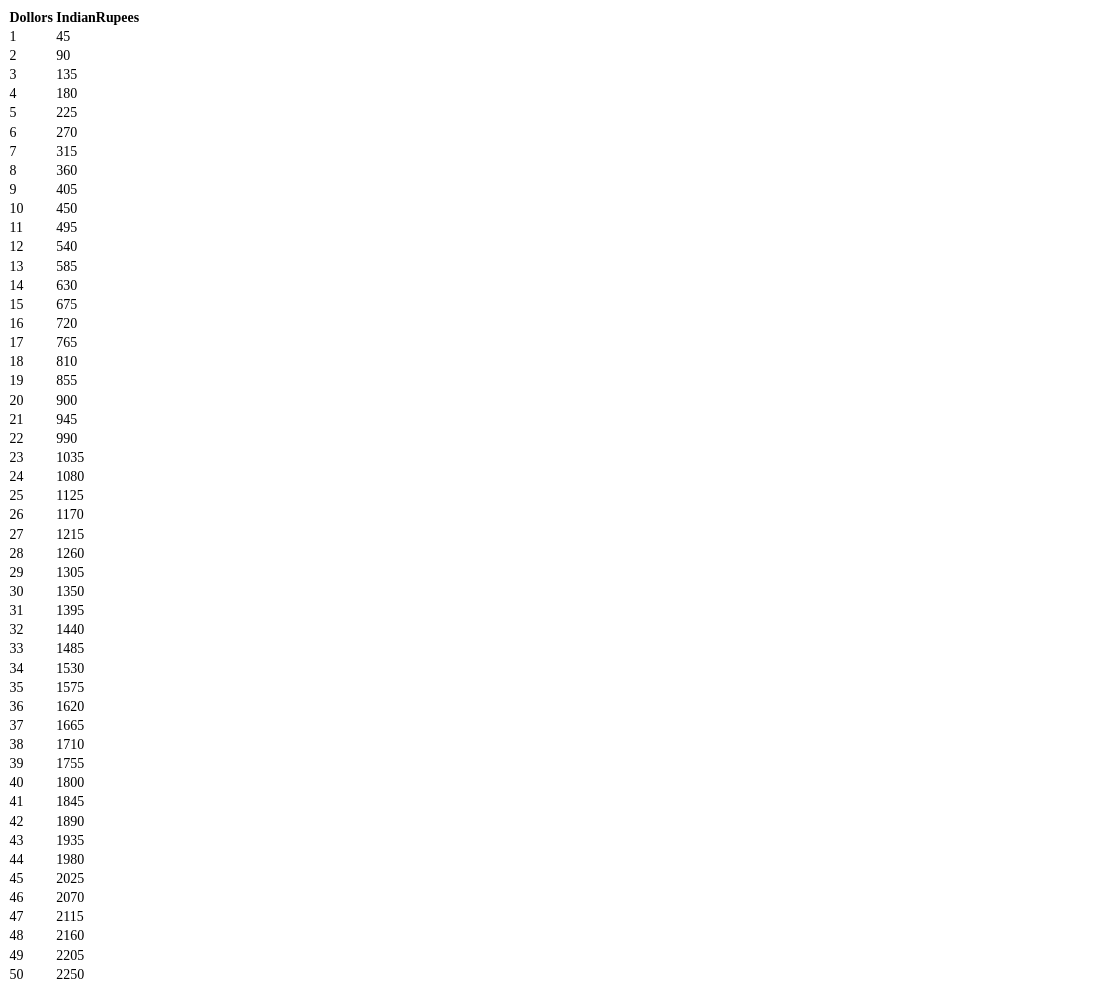
Repository: MalykaK/servlets
Page: http://localhost/HelloWorld/Currency
The author's editor kept a copy of each file at every save. The page is drawn from the files as they stood at one save, then again after the next save.
The browser window is 1280 px wide. The pictures show the whole page, at 87% of full size.
The page is served by Tomcat 9. Other server files are loaded and not shown.

Above is the page before, as saved 2018-09-06 04:56:30.

### HelloWorld/src/com/capgemini/controller/CurrencyConverterServlet.java
package com.capgemini.controller;

import java.io.IOException;
import java.io.PrintWriter;

import javax.servlet.ServletException;
import javax.servlet.annotation.WebServlet;
import javax.servlet.http.HttpServlet;
import javax.servlet.http.HttpServletRequest;
import javax.servlet.http.HttpServletResponse;
@WebServlet("/Currency")
public class CurrencyConverterServlet extends HttpServlet {
	private static final long serialVersionUID = 1L;

	public CurrencyConverterServlet() {
        super();
        // TODO Auto-generated constructor stub
    }

		protected void doGet(HttpServletRequest request, HttpServletResponse response) throws ServletException, IOException {
		response.setContentType("text/html");
		PrintWriter out=response.getWriter();
		out.println("<table>");
		out.println("<tr>");
		out.println("<th>Dollors</th>");
		out.println("<th>IndianRupees</th>");
		out.println("</tr>");
		for(int i=1;i<=50;i++)
		{
			out.println("<tr><td>" +i+ "</td><td>"+i*45+ "</td></tr>");

		}
		out.println("</table>");
		out.close();

	}

}

After the next save:
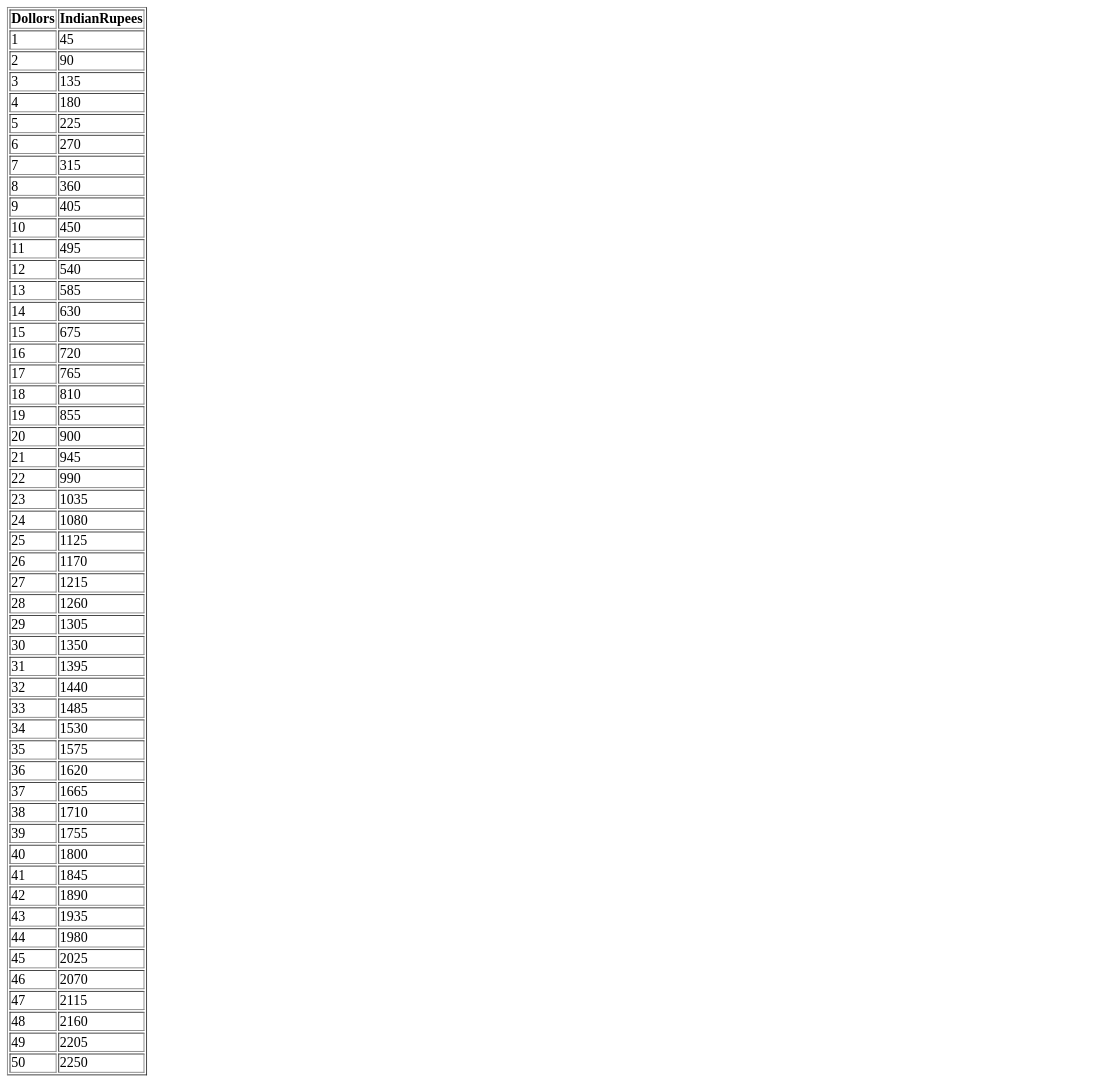
Saved 18 min 7 s later.
--- a/HelloWorld/src/com/capgemini/controller/CurrencyConverterServlet.java
+++ b/HelloWorld/src/com/capgemini/controller/CurrencyConverterServlet.java
@@ -20,7 +20,7 @@ public class CurrencyConverterServlet extends HttpServlet {
 		protected void doGet(HttpServletRequest request, HttpServletResponse response) throws ServletException, IOException {
 		response.setContentType("text/html");
 		PrintWriter out=response.getWriter();
-		out.println("<table>");
+		out.println("<table border='1'>");
 		out.println("<tr>");
 		out.println("<th>Dollors</th>");
 		out.println("<th>IndianRupees</th>");
